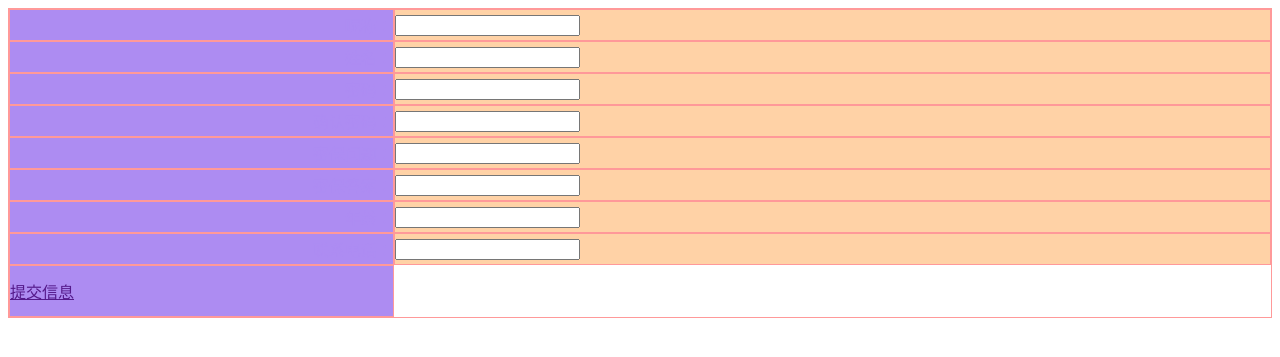
Repository: ljx1197678031/Wed-Design
Page: practice/2.html
An editor plug-in stored every save of this project. The page is shown before and after a run of saves, followed by the edit.
The browser window is 1280 px wide. The pictures show the whole page.

Above is the page before, as saved 2020-06-03 16:22:02.

### practice/2.html
<!DOCTYPE html>
<html lang="en">
<head>
    <meta charset="UTF-8">
    <meta name="viewport" content="width=device-width, initial-scale=1.0">
    <title>Document</title>

    <style>
        table td:nth-of-type(odd){
            background: #AD8CF2;
            color:#AD8CF2;
        }
        table td:nth-of-type(even){
            background: #FFD2A6;
        }
        @-webkit-keyframes 'buttonLight' {
            form {
                background:rgba(96,203,27,0.5);
                -webkit-box-shadow:0 0 5px reba(255,255,255,0.3) inset,
                0 0 3px regb(220 120 200 0.5);
                color:red;
            }
        }
    </style>

</head>
<body>
    <form action="#" method="post">
        <table border="1" width="100%" cellpadding="0" cellspacing="0"
            bordercolor="#FF9999" bordercolordark="#0033FF"
            bordercolorlight="#CC99FF">
            <tr>
                <td align="right" height="30px">昵称：</td>
                <td><input name="nickname" type="text"/></td>
            </tr>
            <tr>
                <td align="right" height="30px">姓名：</td>
                <td><input name="nickname" type="text"/></td>
            </tr>
            <tr>
                <td align="right" height="30px">密码：</td>
                <td><input name="nickname" type="text"/></td>
            </tr>
            <tr>
                <td align="right" height="30px">确认密码：</td>
                <td><input name="nickname" type="text"/></td>
            </tr>
            <tr>
                <td align="right" height="30px">密保问题：</td>
                <td><input name="nickname" type="text"/></td>
            </tr>
            <tr>
                <td align="right" height="30px">密保答案：</td>
                <td><input name="nickname" type="text"/></td>
            </tr>
            <tr>
                <td align="right" height="30px">年龄：</td>
                <td><input name="nickname" type="text"/></td>
            </tr>
            <tr>
                <td align="right" height="30px">联系电话：</td>
                <td><input name="nickname" type="text"/></td>
            </tr>
            <tr>
                <td height="50px"><a href="" class="btn">提交信息</td>
            </tr>
        </table>
    </form>
</body>
</html>

After the next 5 saves:
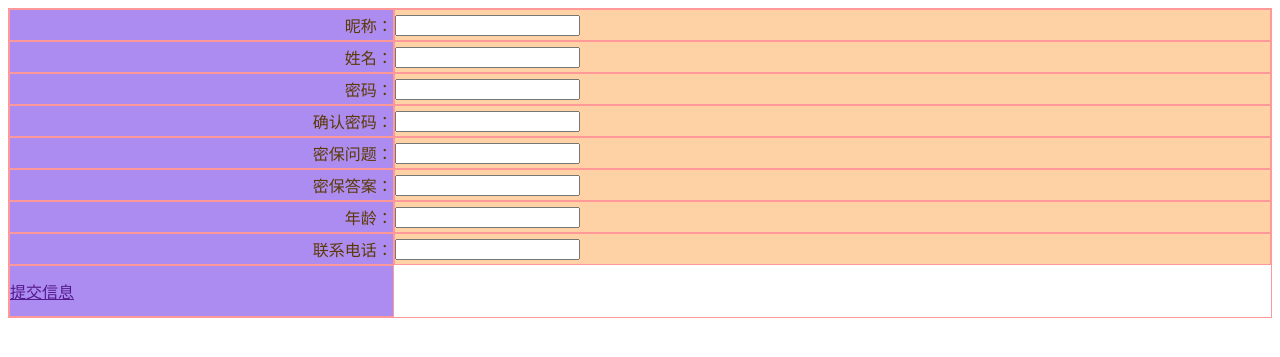
The 5 saves are shown as one change because they came seconds apart.
The last was saved 73 s later.
--- a/practice/2.html
+++ b/practice/2.html
@@ -8,7 +8,7 @@
     <style>
         table td:nth-of-type(odd){
             background: #AD8CF2;
-            color:#AD8CF2;
+            color:rgb(92, 58, 7);
         }
         table td:nth-of-type(even){
             background: #FFD2A6;
